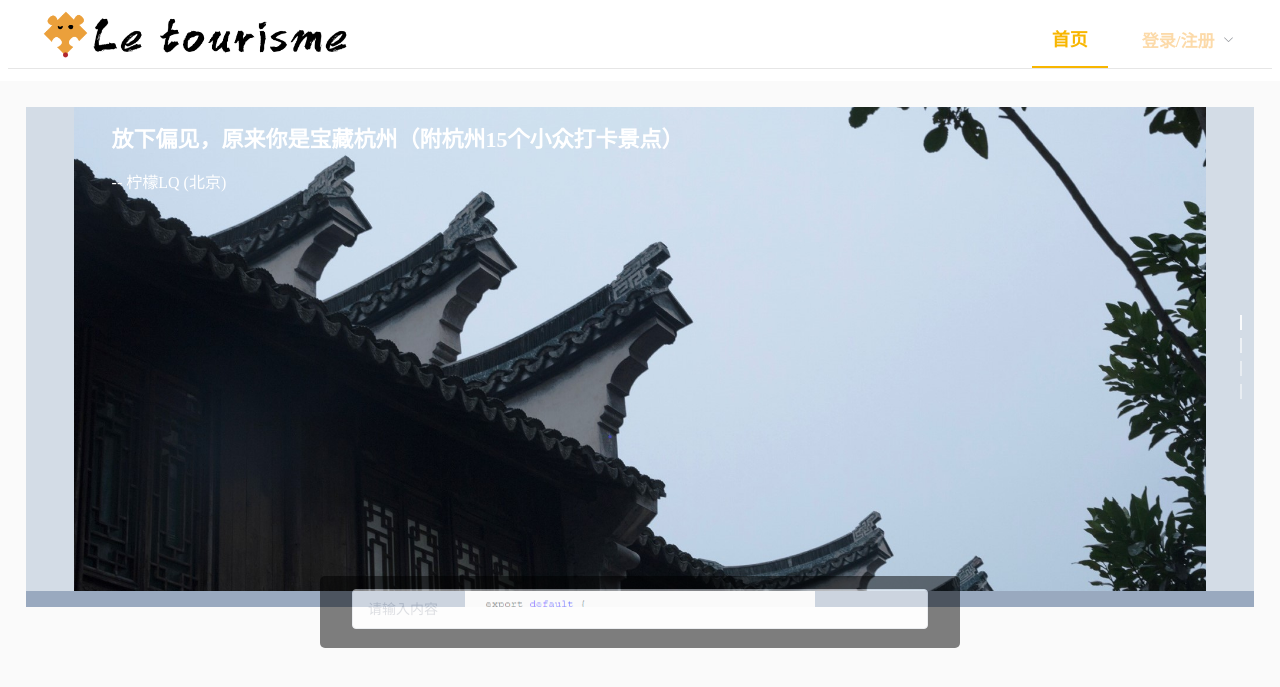
Repository: linxuerou0129/2020.08.31
Page: /
These files come from the project's save history. The page is drawn as it stood at one moment and after the next save; the edit follows.
The browser window is 1280 px wide. The pictures show the whole page.
The page's requests for data from a server got no answer. The project was rebuilt for these pictures with package versions that can differ from the ones it lists, and the page was loaded fresh each time. No one was signed in, and anything a server would have sent is missing.

Above is the page before, as saved 2020-09-01 01:08:37.

After the next save:
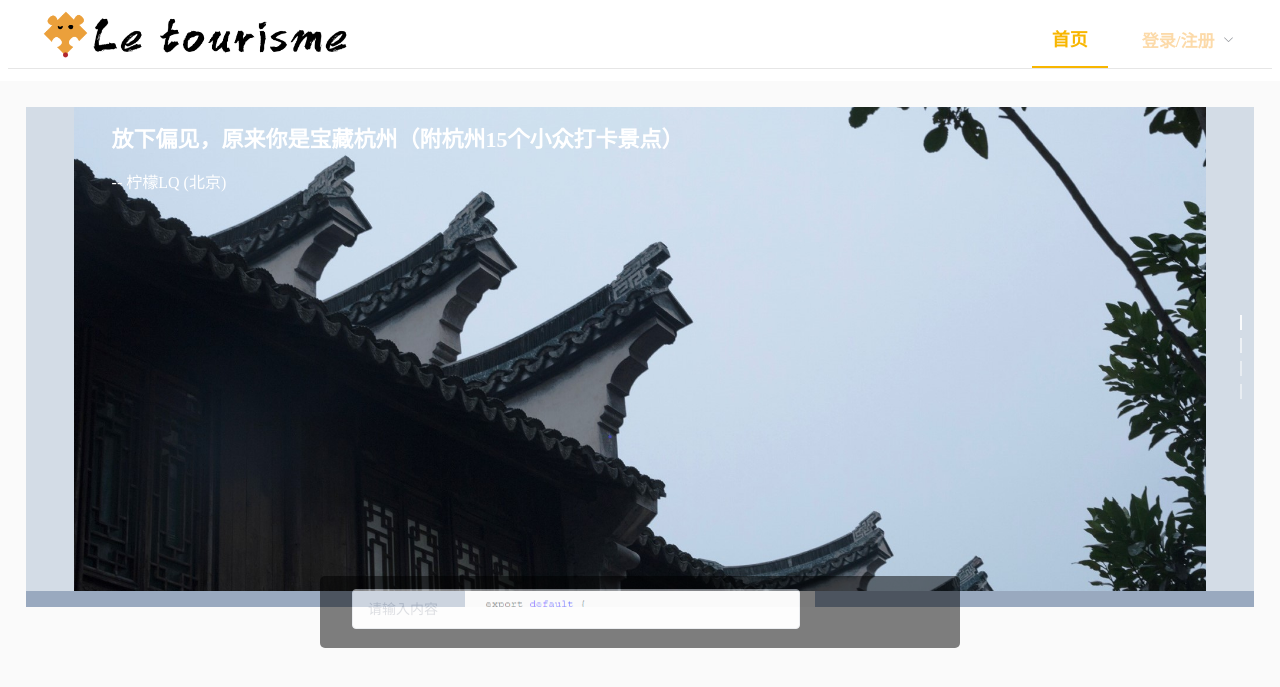
Saved 40 s later.
--- a/src/views/Home.vue
+++ b/src/views/Home.vue
@@ -42,7 +42,7 @@ export default {
 
 <style scoped>
 .input{
-  width: 90%;
+  width: 70%;
   left: 5%;
   top: 18%;
 }
